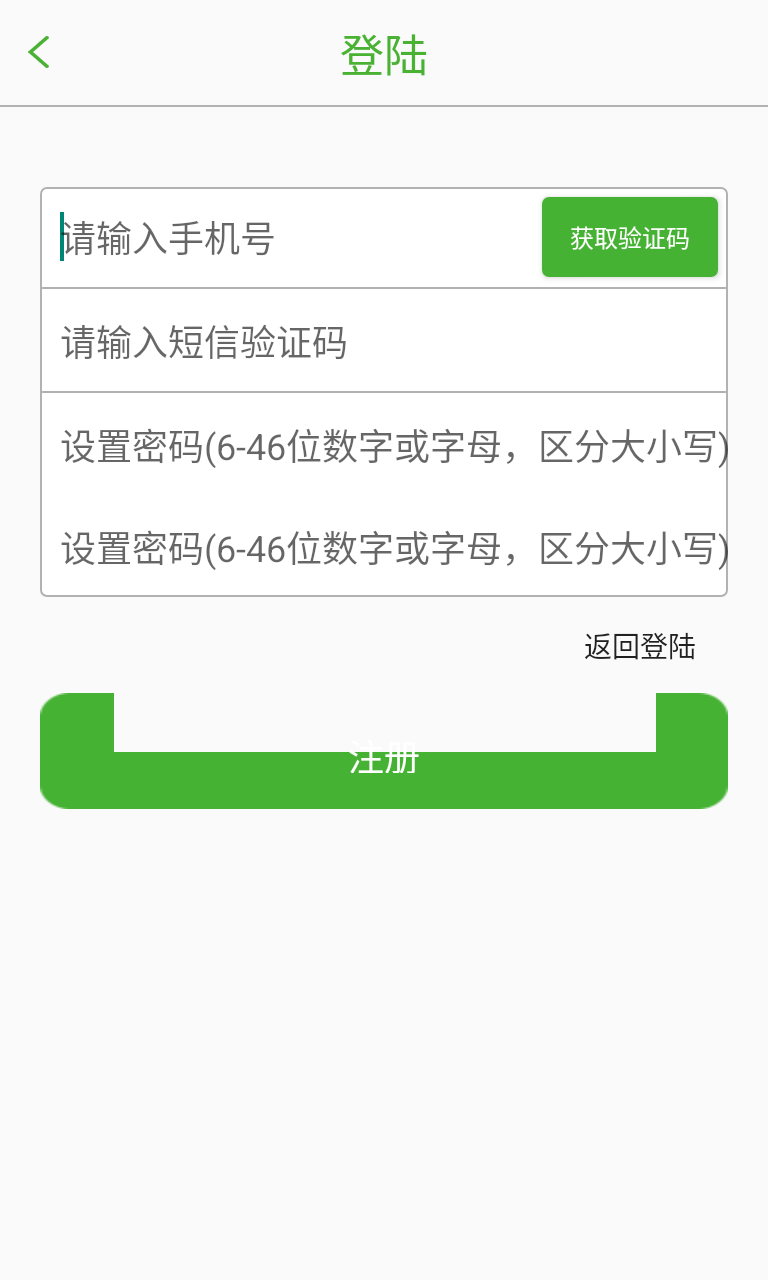
Repository: hjhlove110/XYApp
Layout: XYApp/res/layout/reg_view.xml
An editor plug-in stored every save of this project. The layout is shown before and after the next save, followed by the edit.
It is drawn on a 768 x 1280 px phone screen (xhdpi) without system bars, with theme AppTheme; the app's code is not run.

Above is the layout before, as saved 2015-09-24 06:58:04.

### XYApp/res/layout/reg_view.xml
<LinearLayout xmlns:android="http://schemas.android.com/apk/res/android"
    android:layout_width="fill_parent"
    android:layout_height="fill_parent"
    android:orientation="vertical" >

    <include layout="@layout/title" />

    <LinearLayout
        android:layout_width="match_parent"
        android:layout_height="wrap_content"
        android:layout_marginLeft="20dp"
        android:layout_marginRight="20dp"
        android:layout_marginTop="40dp"
        android:background="@drawable/txt_bg"
        android:orientation="vertical" >

        <LinearLayout
            android:layout_width="match_parent"
            android:layout_height="wrap_content"
            android:gravity="center_vertical"
            android:orientation="horizontal" >

            <EditText
                android:id="@+id/username"
                android:layout_width="0dp"
                android:layout_height="50dp"
                android:layout_weight="1"
                android:background="@null"
                android:digits="0123456789"
                android:hint="请输入手机号"
                android:paddingLeft="10dp"
                android:singleLine="true" >

                <requestFocus />
            </EditText>

            <Button
                android:id="@+id/getnumber"
                android:layout_width="wrap_content"
                android:layout_height="40dp"
                android:layout_margin="5dp"
                android:background="@drawable/btn_bg_shape"
                android:gravity="center"
                android:paddingLeft="10dp"
                android:paddingRight="10dp"
                android:text="获取验证码"
                android:textColor="#ffffff"
                android:textSize="12sp" >
            </Button>
        </LinearLayout>

        <View
            android:id="@+id/view1"
            android:layout_width="match_parent"
            android:layout_height="1dip"
            android:background="#b2b2b2" />

        <EditText
            android:id="@+id/msgnumber"
            android:layout_width="match_parent"
            android:layout_height="50dp"
            android:layout_marginTop="1dip"
            android:background="@null"
            android:hint="请输入短信验证码"
            android:inputType="number"
            android:paddingLeft="10dp"
            android:singleLine="true" >
        </EditText>

        <View
            android:id="@+id/view2"
            android:layout_width="match_parent"
            android:layout_height="1dip"
            android:background="#b2b2b2" />

        <EditText
            android:id="@+id/password"
            android:layout_width="match_parent"
            android:layout_height="50dp"
            android:layout_marginTop="1dip"
            android:background="@null"
            android:hint="设置密码(6-46位数字或字母，区分大小写)"
            android:inputType="textPassword"
            android:paddingLeft="10dp"
            android:singleLine="true" >
        </EditText>
        <EditText
            android:id="@+id/repassword"
            android:layout_width="match_parent"
            android:layout_height="50dp"
            android:layout_marginTop="1dip"
            android:background="@null"
            android:hint="设置密码(6-46位数字或字母，区分大小写)"
            android:inputType="textPassword"
            android:paddingLeft="10dp"
            android:singleLine="true" >
        </EditText>
    </LinearLayout>

    <Button
        android:id="@+id/reback"
        android:layout_width="wrap_content"
        android:layout_height="wrap_content"
        android:layout_gravity="right"
        android:layout_marginRight="20dp"
        android:background="@null"
        android:text="返回登陆" />

    <Button
        android:id="@+id/btnReg"
        android:layout_width="match_parent"
        android:layout_height="58dp"
        android:layout_marginLeft="20dp"
        android:layout_marginRight="20dp"
        android:background="@drawable/btn_login_selector"
        android:gravity="center"
        android:text="注册"
        android:textColor="#ffffff"
        android:textSize="18sp" >
    </Button>

</LinearLayout>

### XYApp/res/values/styles.xml
<resources>

    <!--
        Base application theme, dependent on API level. This theme is replaced
        by AppBaseTheme from res/values-vXX/styles.xml on newer devices.



    -->
    <style name="AppBaseTheme" parent="Theme.AppCompat.Light">
        <!--
            Theme customizations available in newer API levels can go in
            res/values-vXX/styles.xml, while customizations related to
            backward-compatibility can go here.



        -->
    </style>

    <!-- Application theme. -->
    <style name="AppTheme" parent="AppBaseTheme">

        <!-- All customizations that are NOT specific to a particular API-level can go here. -->
        <item name="android:windowNoTitle">true</item>
    </style>

    <style name="CheckBoxMain">
        <item name="android:button">@null</item>
        <item name="android:paddingTop">12dip</item>
        <item name="android:gravity">center</item>
        <item name="android:background">@drawable/bg_mune</item>
        <item name="android:textSize">14sp</item>
        <item name="android:textColor">#656565</item>
        <item name="android:layout_width">0dip</item>
        <item name="android:layout_height">wrap_content</item>
        <item name="android:layout_weight">1</item>
    </style>

    <style name="Translucent" parent="@android:style/Theme.Translucent">
        <item name="android:windowNoTitle">true</item>
        <item name="android:windowIsFloating">true</item>
        <item name="android:windowIsTranslucent">true</item>
        <item name="android:windowContentOverlay">@null</item>
        <item name="android:windowAnimationStyle">@android:style/Animation.Dialog</item>
        <item name="android:backgroundDimEnabled">true</item>
    </style>

</resources>

### XYApp/res/layout/title.xml
<?xml version="1.0" encoding="utf-8"?>
<LinearLayout xmlns:android="http://schemas.android.com/apk/res/android"
    android:layout_width="match_parent"
    android:layout_height="wrap_content"
    android:orientation="vertical" >

    <RelativeLayout
        android:layout_width="match_parent"
        android:layout_height="wrap_content" >

        <ImageButton
            android:id="@+id/btnBack"
            android:layout_width="wrap_content"
            android:layout_height="wrap_content"
            android:layout_centerVertical="true"
            android:layout_margin="10dp"
            android:background="@drawable/btn_back_selector" />

        <TextView
            android:id="@+id/title"
            android:layout_width="wrap_content"
            android:layout_height="wrap_content"
            android:layout_centerHorizontal="true"
            android:layout_centerVertical="true"
            android:layout_margin="10dp"
            android:text="登陆"
            android:textAppearance="?android:attr/textAppearanceLarge"
            android:textColor="#49b233" />

        <ImageButton
            android:id="@+id/btnRight"
            android:layout_width="wrap_content"
            android:layout_height="wrap_content"
            android:layout_alignParentRight="true"
            android:layout_centerVertical="true"
            android:layout_marginRight="10dp"
            android:visibility="invisible"
            android:background="@drawable/btn_right_selector" />
    </RelativeLayout>

    <View
        android:layout_width="match_parent"
        android:layout_height="1dp"
        android:background="#b2b2b2" />

</LinearLayout>

### XYApp/res/drawable/txt_bg.xml
<?xml version="1.0" encoding="utf-8"?>
<shape xmlns:android="http://schemas.android.com/apk/res/android"
    android:shape="rectangle" >

    <corners android:radius="3dp" />

    <solid android:color="#ffffff" />

    <stroke
        android:width="1dp"
        android:color="#b2b2b2" />

</shape>

### XYApp/res/drawable/btn_bg_shape.xml
<?xml version="1.0" encoding="utf-8"?>
<shape xmlns:android="http://schemas.android.com/apk/res/android"
    android:shape="rectangle" >

    <corners android:radius="3dp" />

    <solid android:color="#45b233" />

    <stroke
        android:width="1dp"
        android:color="#45b233" />

</shape>

### XYApp/res/drawable/btn_login_selector.xml
<?xml version="1.0" encoding="UTF-8"?>
<selector xmlns:android="http://schemas.android.com/apk/res/android">

    <item android:drawable="@drawable/loginbtn_p" android:state_checked="true"/>
    <item android:drawable="@drawable/loginbtn_p" android:state_pressed="true"/>
    <item android:drawable="@drawable/loginbtn"/>

</selector>

### XYApp/res/drawable/btn_back_selector.xml
<?xml version="1.0" encoding="UTF-8"?>
<selector xmlns:android="http://schemas.android.com/apk/res/android">

    <item android:drawable="@drawable/l_back_p" android:state_checked="true"/>
    <item android:drawable="@drawable/l_back_p" android:state_pressed="true"/>
    <item android:drawable="@drawable/l_back"/>

</selector>

### XYApp/res/drawable/btn_right_selector.xml
<?xml version="1.0" encoding="UTF-8"?>
<selector xmlns:android="http://schemas.android.com/apk/res/android">

    <item android:drawable="@drawable/pic1_press" android:state_checked="true"/>
    <item android:drawable="@drawable/pic1_press" android:state_pressed="true"/>
    <item android:drawable="@drawable/pic1"/>

</selector>

Loaded but not shown: XYApp/res/values-v11/styles.xml (common file); XYApp/res/values-v14/styles.xml (common file)

After the next save:
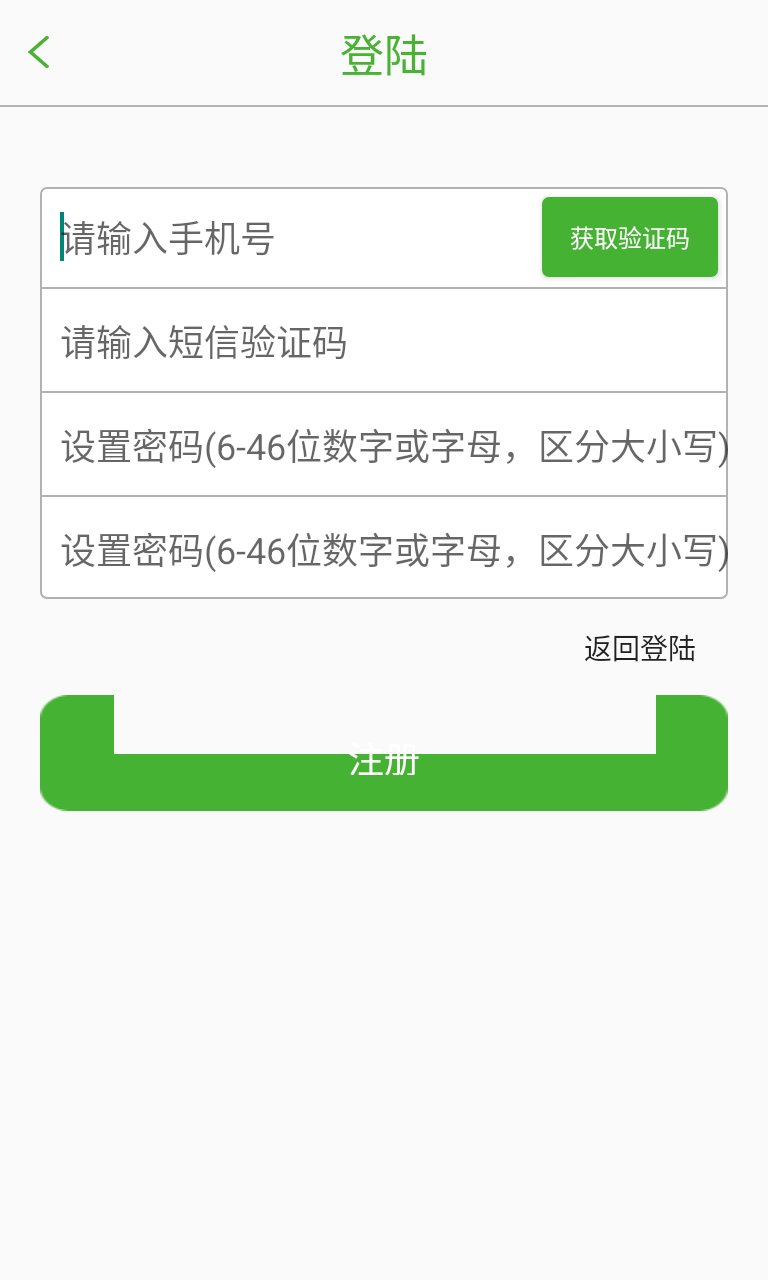
Saved 12 s later.
--- a/XYApp/res/layout/reg_view.xml
+++ b/XYApp/res/layout/reg_view.xml
@@ -84,6 +84,13 @@
             android:paddingLeft="10dp"
             android:singleLine="true" >
         </EditText>
+
+        <View
+            android:id="@+id/view2"
+            android:layout_width="match_parent"
+            android:layout_height="1dip"
+            android:background="#b2b2b2" />
+
         <EditText
             android:id="@+id/repassword"
             android:layout_width="match_parent"
